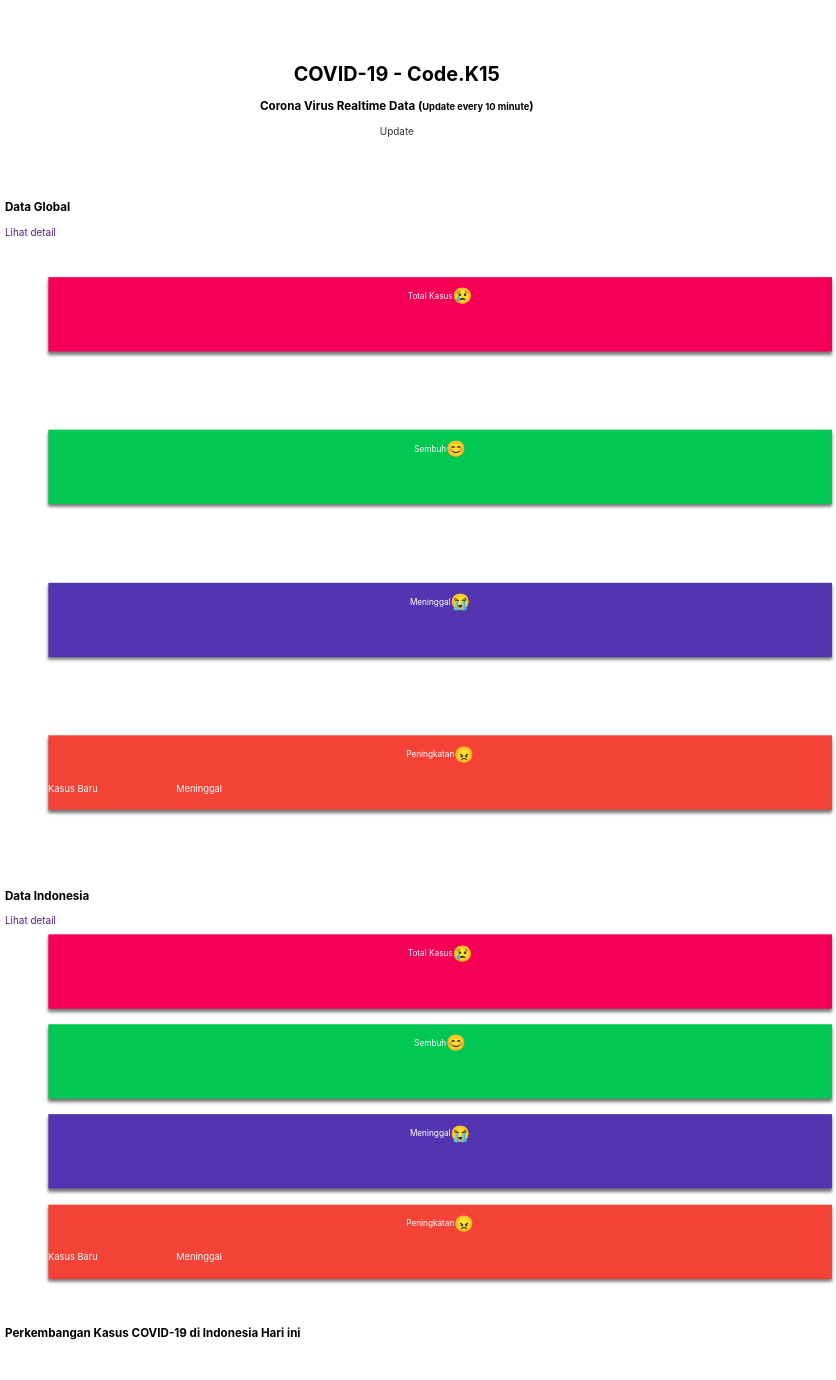
Repository: fathur15/covid19-monitoring
Page: http://localhost/covid19/apps/views/data/main/dashboard.php
These files come from the project's save history. The page is drawn as it stood at one moment and after the next save; the edit follows.
The browser window is 1280 px wide. The page is 1348 px wide, so the pictures cover 1348 px, including what lies to the right of the window. The pictures show the whole page, at 62% of full size.
The page is run by PHP 8.4 with error messages shown; the project is at /var/www/html/.

Above is the page before, as saved 2020-04-17 11:40:01.

After the next save:
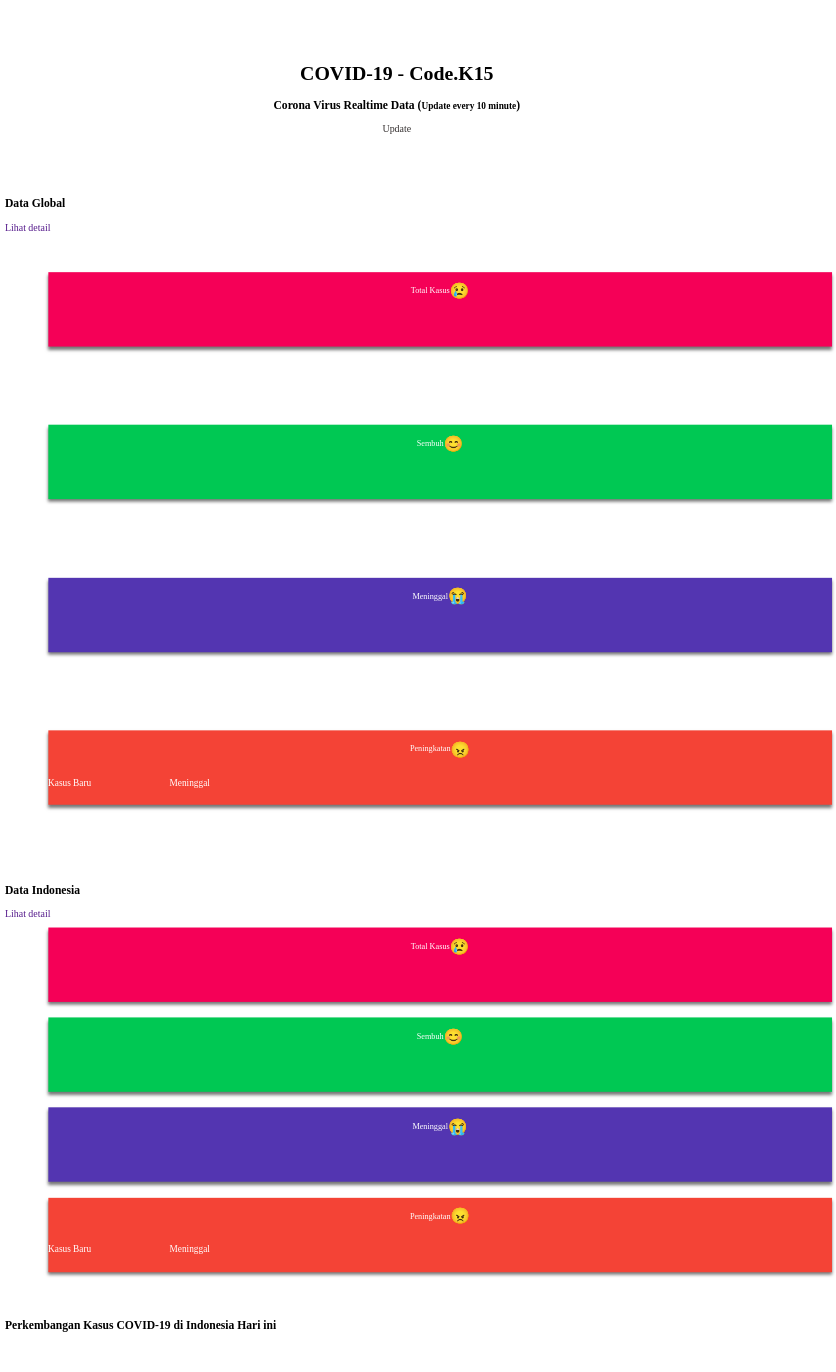
Saved 13 s later.
--- a/apps/views/data/main/dashboard.php
+++ b/apps/views/data/main/dashboard.php
@@ -1,8 +1,8 @@
 
 <style>
-    *:not(.emot){
+    /* *:not(.emot){
         font-family: -apple-system, BlinkMacSystemFont, 'Segoe UI', Roboto, Oxygen, Ubuntu, Cantarell, 'Open Sans', 'Helvetica Neue', sans-serif
-    }
+    } */
     .resume p, h5{
         color: white;
         font-weight: 400;

After the save that followed:
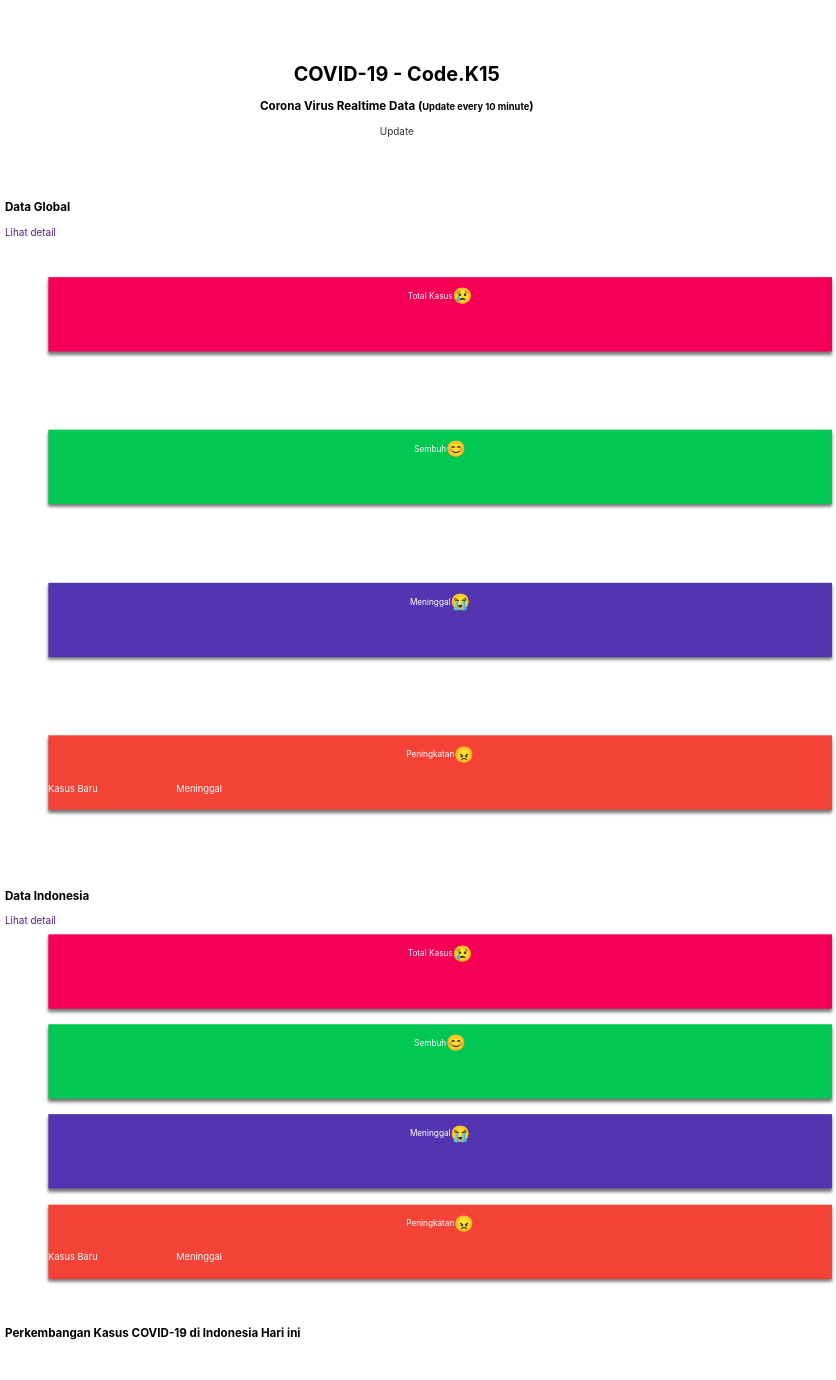
Saved 55 s later.
--- a/apps/views/data/main/dashboard.php
+++ b/apps/views/data/main/dashboard.php
@@ -1,8 +1,8 @@
 
 <style>
-    /* *:not(.emot){
+    :not(.emot){
         font-family: -apple-system, BlinkMacSystemFont, 'Segoe UI', Roboto, Oxygen, Ubuntu, Cantarell, 'Open Sans', 'Helvetica Neue', sans-serif
-    } */
+    }
     .resume p, h5{
         color: white;
         font-weight: 400;
